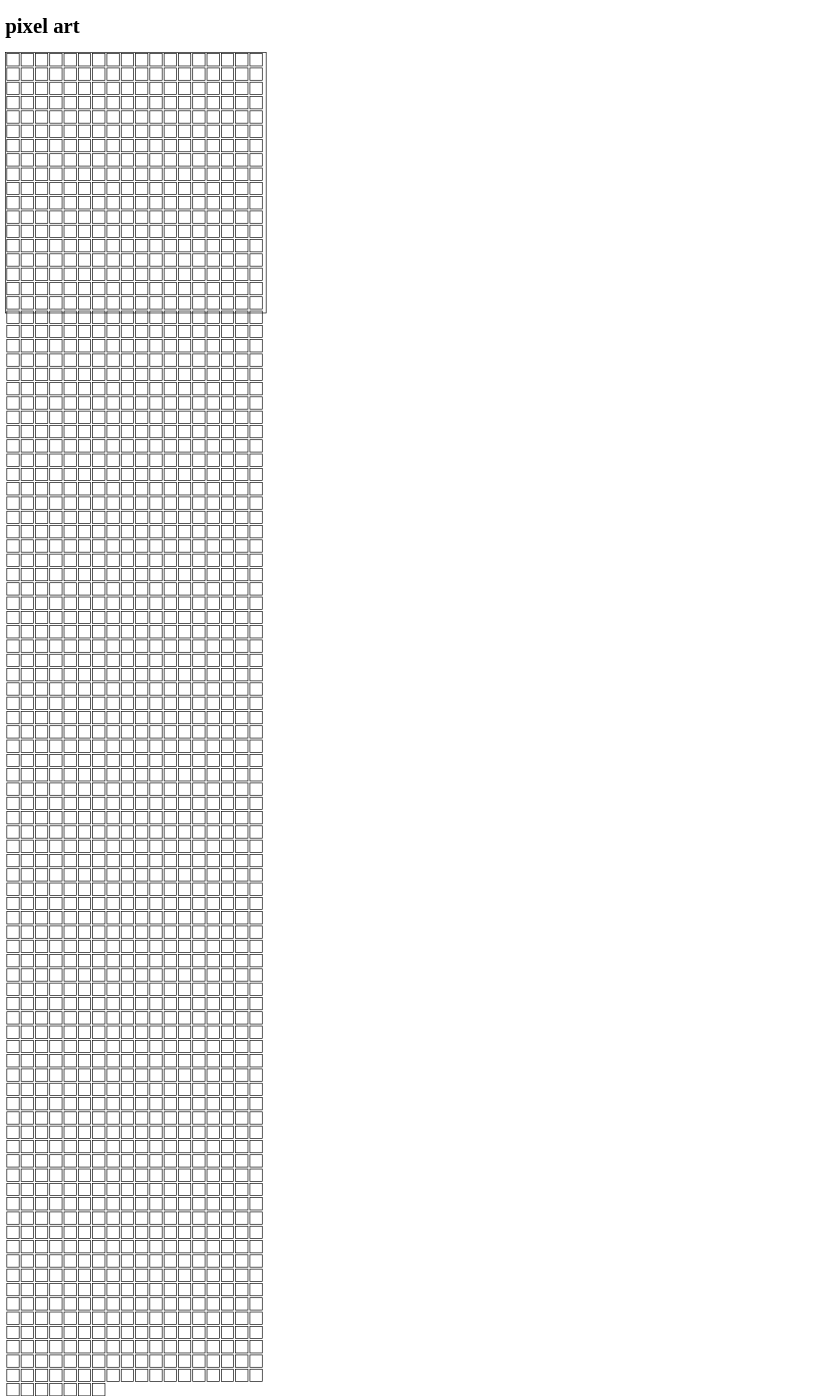
Repository: bechara611/pixelartdb
Page: /
An editor plug-in stored every save of this project. The page is shown before and after the next save, followed by the edit.
The browser window is 1280 px wide. The pictures show the whole page, at 65% of full size.
The project was rebuilt for these pictures with package versions that can differ from the ones it lists, and the page was loaded fresh each time. Also part of the build but not shown: vite.config.js.

Above is the page before, as saved 2023-03-05 20:30:11.

### src/main.jsx
import React from 'react'
import ReactDOM from 'react-dom/client'
import App from './App'


ReactDOM.createRoot(document.getElementById('root')).render(

    <App />

)

### src/App.jsx

import { useEffect, useState } from 'react'
import './App.css'
import { Pixel } from './Pixel'

const App=()=> {
  const [tamano, settamano] = useState({
    t:10,
    h:1,
    w:1
  })
const  [pixels, setPixels] = useState([])

useEffect(() => {
  let contenedor = document.getElementById('contenedor')
console.log(contenedor.offsetHeight)
console.log(contenedor.offsetWidth)
let row = Math.ceil(contenedor.offsetHeight/10)
let col = Math.ceil(contenedor.offsetWidth/10);
setPixels(Array.from({length:row*col}))
}, [])

const funcionArray=(index)=>{
  let nuevoArray = [...pixels]
  console.log(index)
 console.log(!nuevoArray[index])
}

  return (
    <>
      <h1>pixel art</h1>

      <div className="contenedor" id='contenedor'>
      {
        pixels.map((a,index)=>{
          return <Pixel key={index}
                  funcion={()=>funcionArray(index)}
          ></Pixel>
        })
      }

      </div>
    </>
  )
}

export default App

### src/App.css
.pixel {
  width: calc(100%/20);
  height: calc(100%/20);
  border: 1px solid black;
  margin: 1px;
  box-sizing: border-box;

}

.active {
  background: green;
}

.contenedor {

  display: flex;
  flex-direction: row;
  flex-wrap: wrap;
  width: 400px;
  height: 400px;
  max-height: 400px;
  min-height: 400px;
  border: 1px solid black;

}

### src/Pixel.jsx
import React, { useState } from 'react'
import './App.css'
import {selectableGroup, createSelectable} from 'react-selectable-fast'
export const Pixel = (props) => {
    const [isActive, setisActive] = useState(false)
  return (

 <div className={`pixel ${props.active ? 'active' : ''}`} style={{ background:props.active ? props.color : ''}}
 onClick={()=>{
    setisActive(!isActive)
    props.funcion();
}}
onMouseDown={()=>{props.onMouseDown()}}
onMouseUp={()=>{props.onMouseUp()}}
onTouchEnd={()=>{props.onMouseUp()}}
onMouseOver={()=>{props.onMouseOver()}}
onTouchStart={()=>{{
    props.onMouseDown()
    props.onMouseOver()}}}
 >

 </div>
  )
}

Loaded but not shown: index.html (common file)

After the next save:
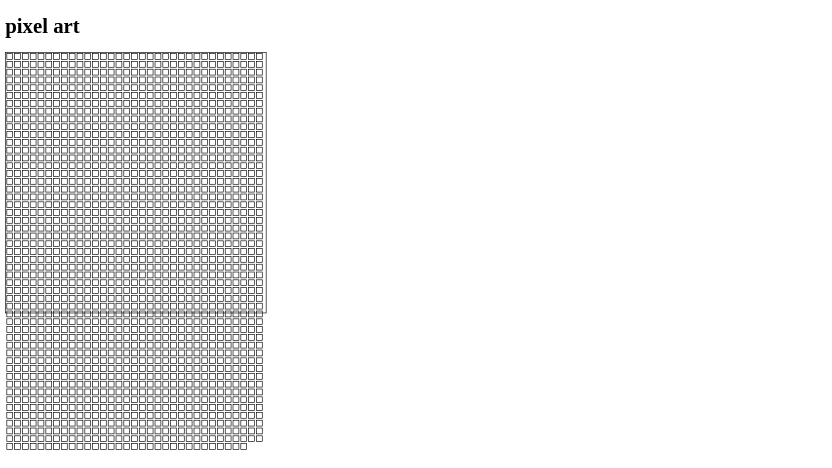
Saved 19 s later.
--- a/src/App.css
+++ b/src/App.css
@@ -1,6 +1,6 @@
 .pixel {
-  width: calc(100%/20);
-  height: calc(100%/20);
+  width: 10px;
+  height: 10px;
   border: 1px solid black;
   margin: 1px;
   box-sizing: border-box;
